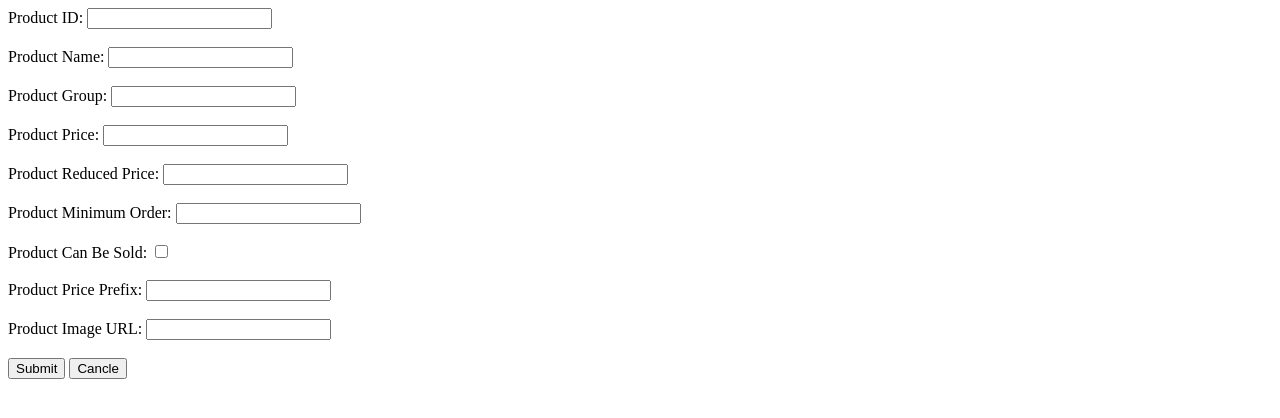
Repository: SamaDabagh/Lab5WebServicesSamanehDabbaghchi
Page: WebHelloFormRESTProject/src/main/webapp/HelloFormUsingGET.html
An editor plug-in stored every save of this project. The page is shown before and after the next save, followed by the edit.
The browser window is 1280 px wide. The pictures show the whole page.

Above is the page before, as saved 2023-07-12 12:52:10.

### WebHelloFormRESTProject/src/main/webapp/HelloFormUsingGET.html
<!DOCTYPE html>
<html>
<head>
<meta charset="UTF-8">
<title>Hello Form</title>
</head>
<body>

<form method="get" action= "http://localhost:8080/WebHelloFormRESTProject/rest/WebHelloForm/HelloParameter" >
    <label for="productId">Product ID:</label>
    <input type="text" id="productId" name="productId" required><br><br>

    <label for="productName">Product Name:</label>
    <input type="text" id="productName" name="productName" required><br><br>

    <label for="productGroup">Product Group:</label>
    <input type="text" id="productGroup" name="productGroup" required><br><br>

    <label for="productPrice">Product Price:</label>
    <input type="text" id="productPrice" name="productPrice" required><br><br>

    <label for="productReducedPrice">Product Reduced Price:</label>
    <input type="text" id="productReducedPrice" name="productReducedPrice" required><br><br>

    <label for="productMinOrder">Product Minimum Order:</label>
    <input type="text" id="productMinOrder" name="productMinOrder" required><br><br>

    <label for="productCanBeSold">Product Can Be Sold:</label>
    <input type="checkbox" id="productCanBeSold" name="productCanBeSold"><br><br>

    <label for="productPricePreFix">Product Price Prefix:</label>
    <input type="text" id="productPricePreFix" name="productPricePreFix" required><br><br>

    <label for="productImageUrl">Product Image URL:</label>
    <input type="text" id="productImageUrl" name="productImageUrl" required><br><br>

    <input type="submit" name="submit" value="Submit">
    <input type="reset" value="Cancle">

</form>
</body>
</html>

After the next save:
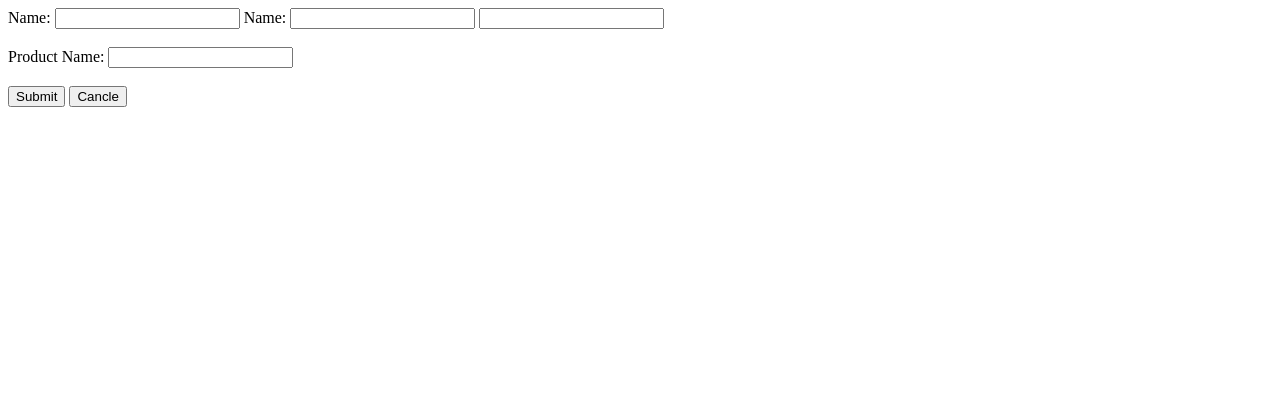
Saved 2 min 43 s later.
--- a/WebHelloFormRESTProject/src/main/webapp/HelloFormUsingGET.html
+++ b/WebHelloFormRESTProject/src/main/webapp/HelloFormUsingGET.html
@@ -7,32 +7,14 @@
 <body>
 
 <form method="get" action= "http://localhost:8080/WebHelloFormRESTProject/rest/WebHelloForm/HelloParameter" >
-    <label for="productId">Product ID:</label>
+    <label for="Name">Name: <input type="text" name="Name" size="20"></label>
+    <label for="productId">Name: <input type="text" name="Nqame" size="20"></label>
+
     <input type="text" id="productId" name="productId" required><br><br>
 
     <label for="productName">Product Name:</label>
     <input type="text" id="productName" name="productName" required><br><br>
 
-    <label for="productGroup">Product Group:</label>
-    <input type="text" id="productGroup" name="productGroup" required><br><br>
-
-    <label for="productPrice">Product Price:</label>
-    <input type="text" id="productPrice" name="productPrice" required><br><br>
-
-    <label for="productReducedPrice">Product Reduced Price:</label>
-    <input type="text" id="productReducedPrice" name="productReducedPrice" required><br><br>
-
-    <label for="productMinOrder">Product Minimum Order:</label>
-    <input type="text" id="productMinOrder" name="productMinOrder" required><br><br>
-
-    <label for="productCanBeSold">Product Can Be Sold:</label>
-    <input type="checkbox" id="productCanBeSold" name="productCanBeSold"><br><br>
-
-    <label for="productPricePreFix">Product Price Prefix:</label>
-    <input type="text" id="productPricePreFix" name="productPricePreFix" required><br><br>
-
-    <label for="productImageUrl">Product Image URL:</label>
-    <input type="text" id="productImageUrl" name="productImageUrl" required><br><br>
 
     <input type="submit" name="submit" value="Submit">
     <input type="reset" value="Cancle">
